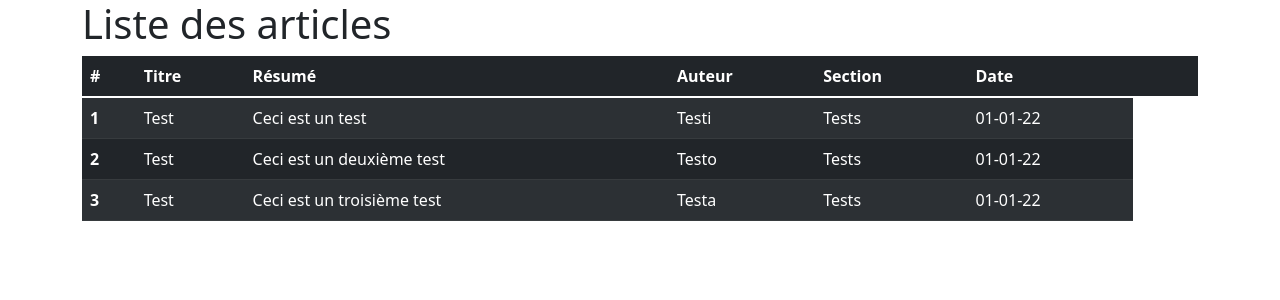
Repository: QuentinFayt/NewsWeb
Page: sources/adminNewsWeb/articlesList.html
An editor plug-in stored every save of this project. The page is shown before and after the next save, followed by the edit.
The browser window is 1280 px wide. The pictures show the whole page.

Above is the page before, as saved 2021-12-23 11:57:27.

After the next save:
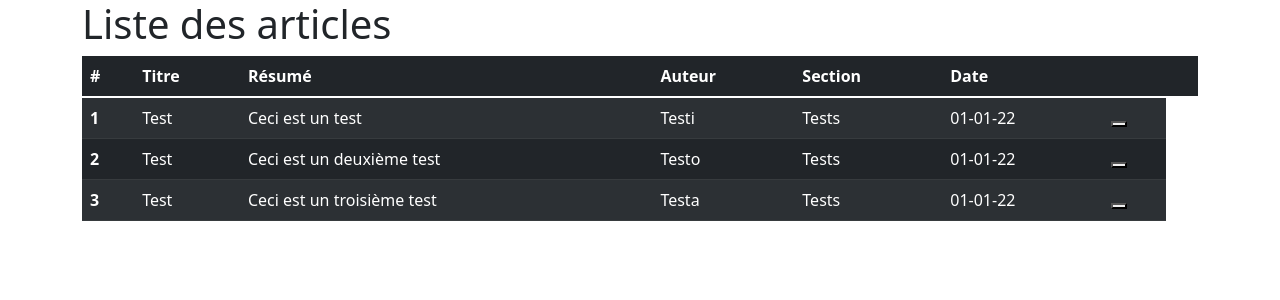
Saved 24 s later.
--- a/sources/adminNewsWeb/articlesList.html
+++ b/sources/adminNewsWeb/articlesList.html
@@ -32,6 +32,7 @@
                     <td>Testi</td>
                     <td>Tests</td>
                     <td>01-01-22</td>
+                    <td><button></button></td>
                 </tr>
                 <tr>
                     <th scope="row">2</th>
@@ -40,6 +41,7 @@
                     <td>Testo</td>
                     <td>Tests</td>
                     <td>01-01-22</td>
+                    <td><button></button></td>
                 </tr>
                 <tr>
                     <th scope="row">3</th>
@@ -48,6 +50,7 @@
                     <td>Testa</td>
                     <td>Tests</td>
                     <td>01-01-22</td>
+                    <td><button></button></td>
                 </tr>
             </tbody>
         </table>
